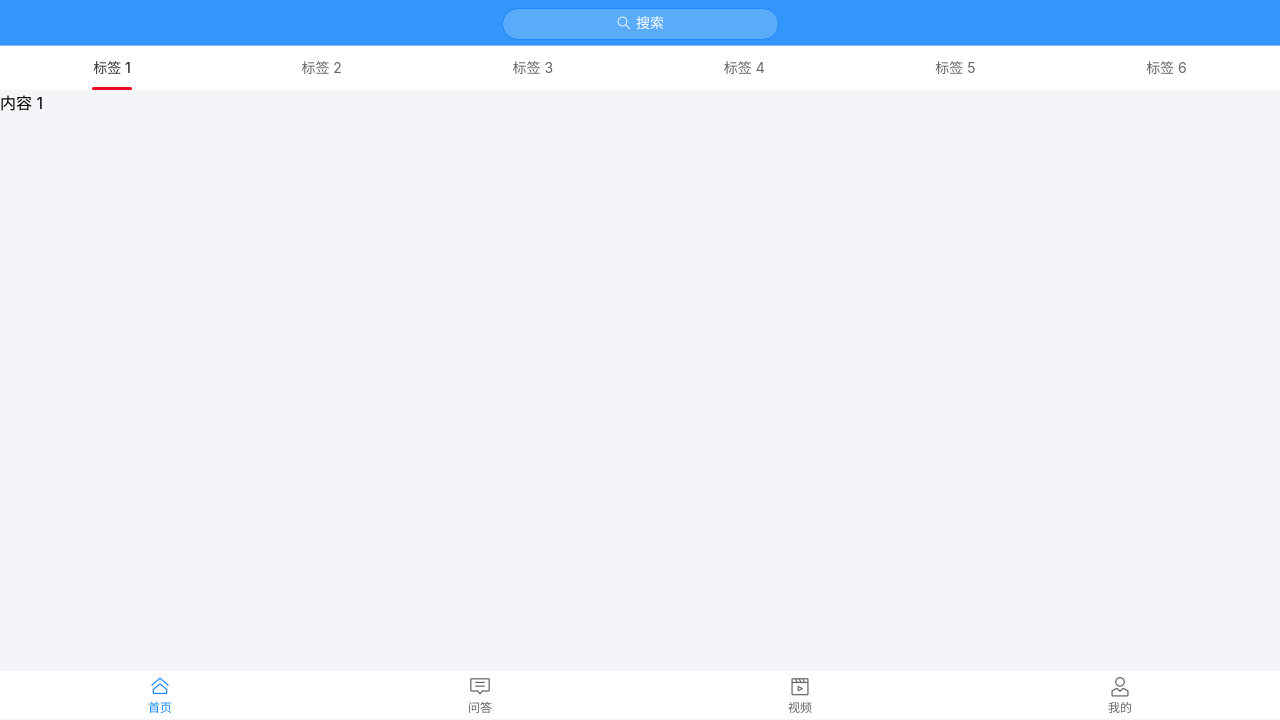
Repository: xn-lb/toutiao-mb
Page: /
The author's editor kept a copy of each file at every save. The page is drawn from the files as they stood at one save, then again after the next save.
The browser window is 1280 px wide. The pictures show the whole page.
The page's requests for data from a server got no answer. The project was rebuilt for these pictures with package versions that can differ from the ones it lists, and the page was loaded fresh each time. No one was signed in, and anything a server would have sent is missing. Also part of the build but not shown: vue.config.js.

Above is the page before, as saved 2023-04-08 22:20:13.

After the next save:
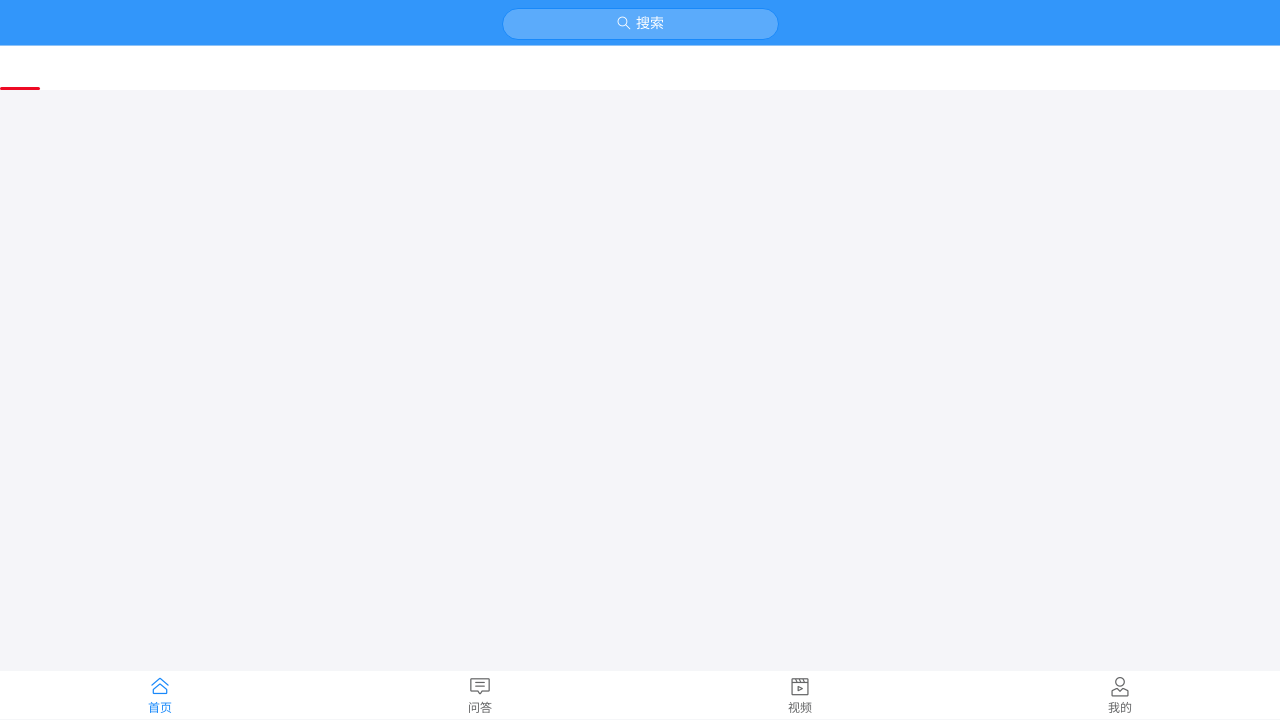
Saved 4 min 7 s later.
--- a/src/views/home/index.vue
+++ b/src/views/home/index.vue
@@ -14,12 +14,11 @@
 
     <!-- 文章频道列表 -->
     <van-tabs v-model="active">
-      <van-tab title="标签 1">内容 1</van-tab>
-      <van-tab title="标签 2">内容 2</van-tab>
-      <van-tab title="标签 3">内容 3</van-tab>
-      <van-tab title="标签 4">内容 4</van-tab>
-      <van-tab title="标签 5">内容 5</van-tab>
-      <van-tab title="标签 6">内容 6</van-tab>
+      <van-tab
+      title="channels.name"
+      v-for="channel in channels"
+      :key="channels.id"
+      >内容 1</van-tab>
     </van-tabs>
   </div>
 
